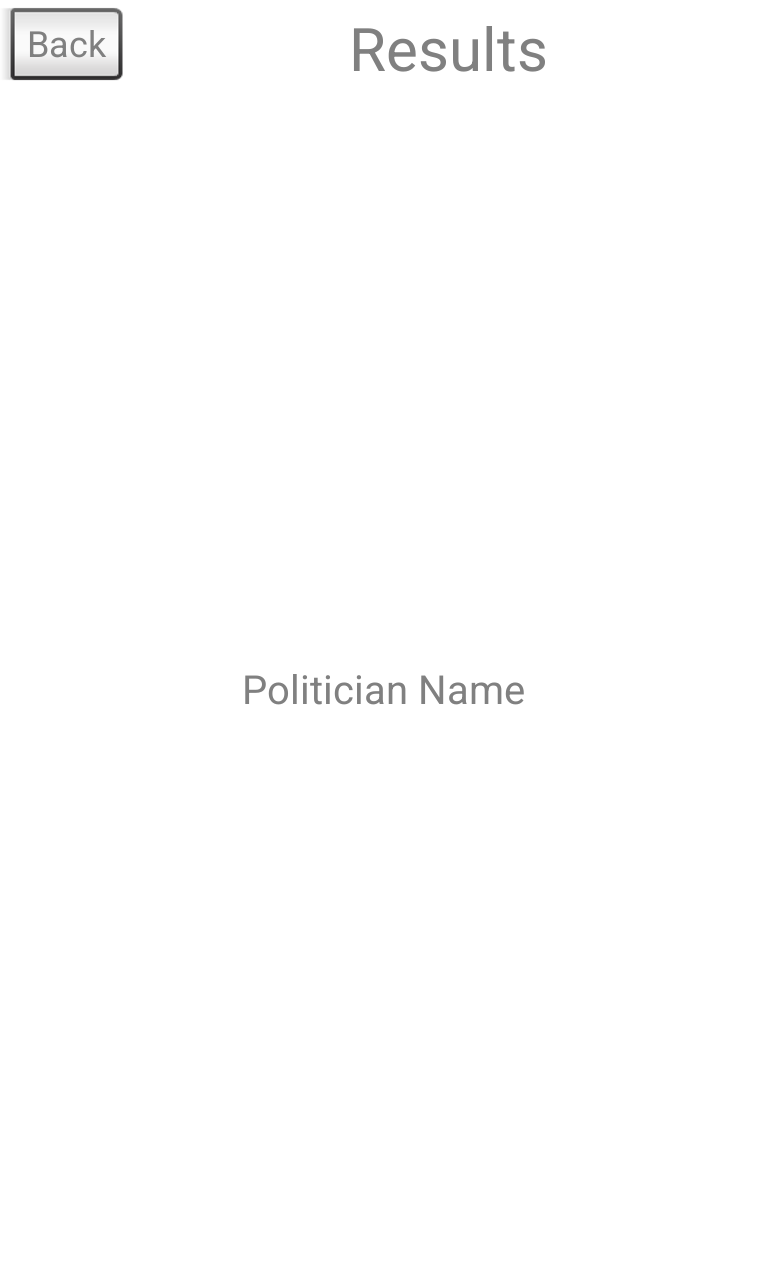
Repository: scottcaruso/Java_I_1307_Week4
Layout: myGov/res/layout/politician_display.xml
The author's editor kept a copy of each file at every save. The layout is drawn from the files as they stood at one save, then again after the next save.
It is drawn on a 768 x 1280 px phone screen (xhdpi) without system bars, with theme AppTheme; the app's code is not run.

Above is the layout before, as saved 2013-08-01 20:47:13.

### myGov/res/layout/politician_display.xml
<?xml version="1.0" encoding="utf-8"?>
<LinearLayout xmlns:android="http://schemas.android.com/apk/res/android"
    android:layout_width="match_parent"
    android:layout_height="match_parent"
    android:orientation="vertical" >


    <LinearLayout
        android:layout_width="match_parent"
        android:layout_height="wrap_content"
        android:orientation="horizontal">
	    <Button
	        android:id="@+id/back"
	        style="@android:style/Widget.Holo.Button.Inset"
	        android:layout_width="wrap_content"
	        android:layout_height="wrap_content"
	        android:hint="@string/back" />

	    <TextView
	        android:id="@+id/foundpoliticians"
	        android:layout_width="match_parent"
	        android:layout_height="wrap_content"
	        android:layout_gravity="center"
	        android:gravity="center"
	        android:hint="@string/results"
	        android:textSize="30sp" />

    </LinearLayout>

    <ViewFlipper
        android:id="@+id/viewFlipper1"
        android:layout_width="match_parent"
        android:layout_height="match_parent" >

        <TextView
            android:id="@+id/politicianName"
            android:layout_width="wrap_content"
            android:layout_height="wrap_content"
            android:layout_gravity="center"
            android:gravity="center"
            android:hint="@string/politician_name"
            android:textSize="20sp" />

    </ViewFlipper>

final TextView polLabel = UIElementCreator.createLabel(currentMainContext, "Politician Name: ");
				final TextView polPartyLabel = UIElementCreator.createLabel(currentMainContext, "Party Affiliaition: ");
				final TextView polStateLabel = UIElementCreator.createLabel(currentMainContext, "From State: ");
				final TextView polTermLabel = UIElementCreator.createLabel(currentMainContext, "Term Started: ");
				final TextView polTwitterLabel = UIElementCreator.createLabel(currentMainContext, "Twitter Handle: ");
				final TextView polWebsiteLabel = UIElementCreator.createLabel(currentMainContext, "Website Address: ");

				final TextView polName = UIElementCreator.createLabel(currentMainContext,thisPol.getString("Name"));
				final TextView polParty = UIElementCreator.createLabel(currentMainContext, thisPol.getString("Party"));
				final TextView polState = UIElementCreator.createLabel(currentMainContext, thisPol.getString("State"));
				final TextView polTerm = UIElementCreator.createLabel(currentMainContext, thisPol.getString("Term Start"));
				final TextView polTwitter = UIElementCreator.createLabel(currentMainContext, thisPol.getString("Twitter"));
				final TextView polWebsite = UIElementCreator.createLabel(currentMainContext, thisPol.getString("Website"));

</LinearLayout>

### myGov/res/values/strings.xml
<?xml version="1.0" encoding="utf-8"?>
<resources>

    <string name="app_name">myGov</string>
    <string name="action_settings">Settings</string>
    <string name="hello_world">Hello world!</string>
    <string name="enter_zip">Enter Zip</string>
    <string name="search_now">Search Now</string>
    <string name="view_saved_politicians">View Saved Politicians</string>
    <string name="back">Back</string>
    <string name="results">Results</string>
    <string name="politician_name">Politician Name</string>

</resources>

Loaded but not shown: myGov/res/values/styles.xml (common file); myGov/res/values-v11/styles.xml (common file); myGov/res/values-v14/styles.xml (common file)

After the next save:
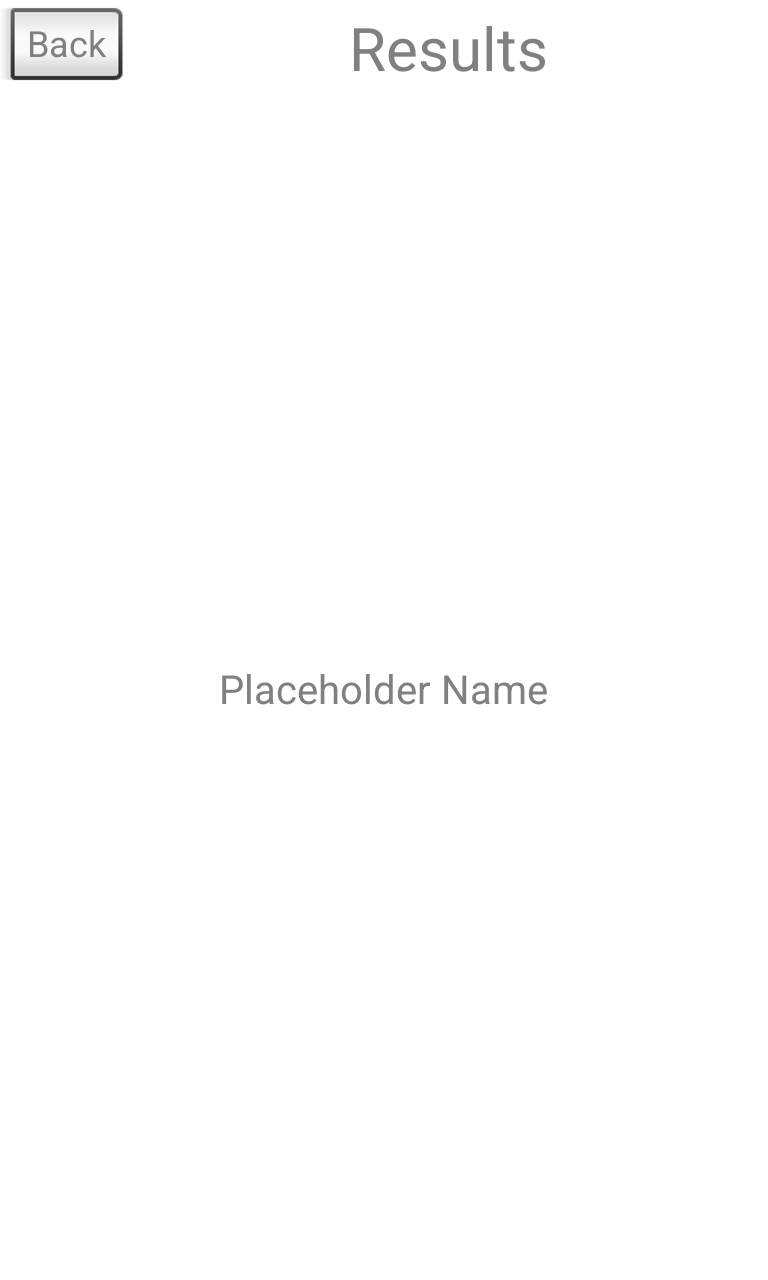
Saved 111 s later.
--- a/myGov/res/values/strings.xml
+++ b/myGov/res/values/strings.xml
@@ -9,6 +9,6 @@
     <string name="view_saved_politicians">View Saved Politicians</string>
     <string name="back">Back</string>
     <string name="results">Results</string>
-    <string name="politician_name">Politician Name</string>
+    <string name="politician_name">Placeholder Name</string>
 
 </resources>
